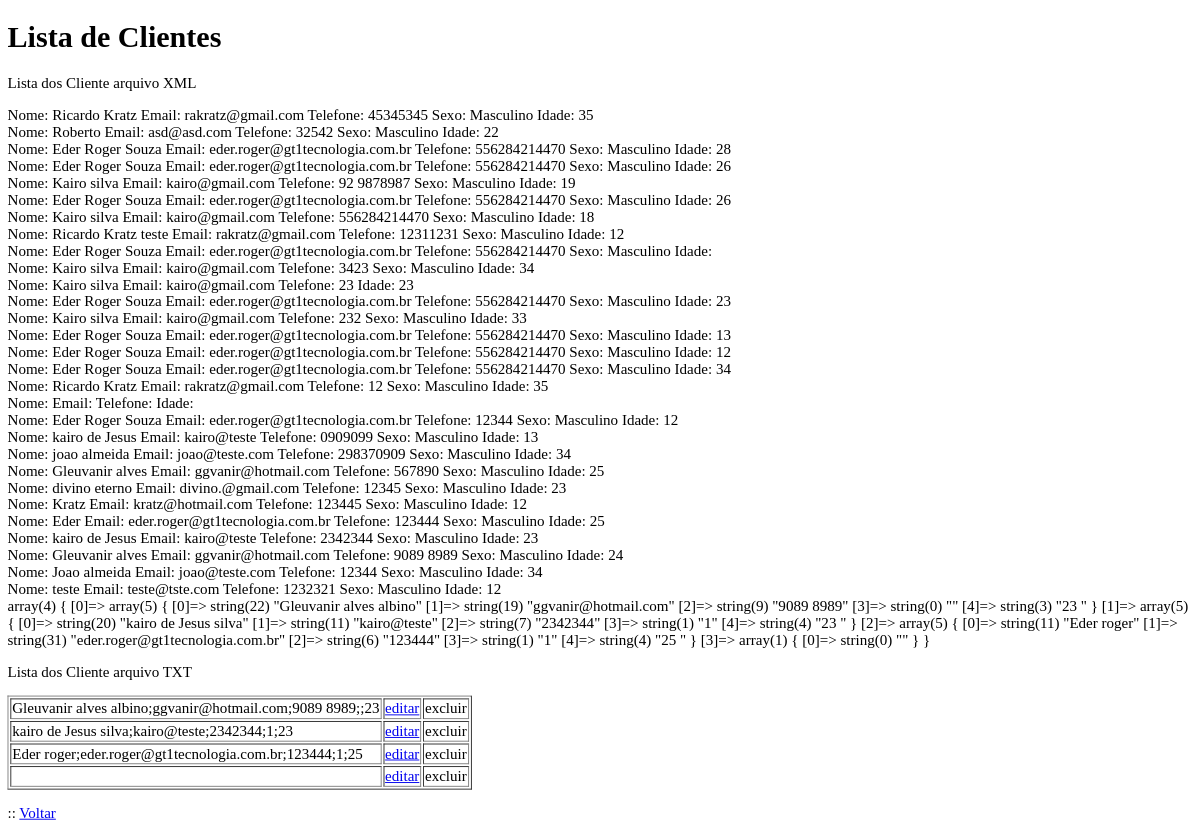
Repository: EderRoger/Faculdade
Page: http://localhost/listar.php
An editor plug-in stored every save of this project. The page is shown before and after the next save, followed by the edit.
The browser window is 1280 px wide. The pictures show the whole page, at 94% of full size.
The page is run by PHP 8.4 with error messages shown; the project is at /var/www/html/.

Above is the page before, as saved 2011-10-26 17:09:14.

### kratz/workspace/cadastro/listar.php
<?php
/* Arquivo: index.php
 * Descrição: Página principal de uma sistema de cadastro de cliente usando arquivo e classes
 * Versão: 1.0
 * Autor: Ricardo de Andrade Kratz
 */
?>
<!doctype html>
<html>
  <head>
    <meta charset="ISO-8859-1">
    <title>Sistema de Cadastro de Client</title>
  </head>
  <body>
	<h1>Lista de Clientes</h1>



	<table border="1">
<?php
		include 'XML.classe.php';

		$XMLLocal = new XMLArquivo("cliente.xml");

		echo "<p>Lista dos Cliente arquivo XML</p>";

		$XMLLocal->buscaXML();

		include 'arquivo.class.php';

		$arquivoCliente = new ARQUIVO();

		$arquivoCliente->setArquivo("cliente.txt");
		$arquivoCliente->setOperacao("r");

		//$arrayCliente =  explode(";",$arquivoCliente->listarTodos());

		$arrayCliente = $arquivoCliente->listarTodos();

		//var_dump($arrayCliente);
		for ($i=0;$i<sizeof($arrayCliente);$i++) {
			$dados[] =  explode(";",$arrayCliente[$i]);
			//echo  $dados;
		}

		var_dump($dados);
		echo "<p>Lista dos Cliente arquivo TXT</p>";


		for ($i=0;$i<sizeof($dados);$i++) {
	?>
	<tr>
	 <td>
		<?php   echo $arrayCliente[$i]; ?>
	 </td>
	 <td><a href="index.php?nome=<?=$arrayCliente[$i]; ?>&idade=<?=$arrayCliente[$i]; ?>&email=<?=$arrayCliente[$i]; ?>&telefone=<?=$arrayCliente[$i]; ?>"> editar</a></td>
	 <td>excluir</td>
	</tr>
	<?php
		}
	?>

	</table>
	<p>:: <a href="index.php"> Voltar</a></p>
  </body>
</html>

### kratz/workspace/cadastro/XML.classe.php
<?php
// Criar minha classe XML com SimpleXML
// Criar ou abrir um arquivo XML
// Buascar dados de um arquivo XML
// Gravar dados em um arquivo XML

class XMLArquivo{
	   private $_xml; // Ponteiro ou objeto para o arquivo físico já existente
   	   private $_xmlNovo; // Ponteiro para o arquivo lógico (objeto XML) novo
       private $_arquivo;	// Caminho ou path com o arquivo para ser aberto

       //Construtor e vamos abrir o arquivo XML
       public function __construct($arq){
       	// recebi o arquivo que será aberto
       	$this->_arquivo = $arq;
       	if( file_exists($arq) ) {
	      $this->_xml = simplexml_load_file($arq);
	   } else {
	   	// Criar uma novo arquivo com o nome vindo de $arq
	   	$this->_xmlNovo = new SimpleXMLElement('<?xml version="1.0" ?><cadastro />');
			// Criando um arquivo XML
			file_put_contents($arq, $this->_xmlNovo->asXML());
			// Ponteiro para o arquivo físico já existente
			$this->_xml = simplexml_load_file($arq);
	   }
   }
   public function adicionaCliente($nome, $email, $telefone, $sexo, $idade){
   	$cliente = $this->_xml->addChild('cliente');
   	$cliente->addChild('nome', $nome);
   	$cliente->addChild('email', $email);
   	$cliente->addChild('telefone', $telefone);
    $cliente->addChild('sexo', $sexo);
    $cliente->addChild('idade', $idade);
    file_put_contents($this->_arquivo , $this->_xml->asXML());
   }

    function buscaXML()
    {
		foreach($this->_xml->cliente as $cliente) // $cliente = $this->_xml->cliente;
		{
 			echo "Nome: ".$cliente->nome;
 			echo " Email: ".$cliente->email;
 			echo " Telefone: ".$cliente->telefone;
 			if ($cliente->sexo == "1")
 				echo " Sexo: Masculino";
 			if ($cliente->sexo == "2")
 				echo " Sexo: Feminino";
 			echo " Idade: ".$cliente->idade;
 			echo "<br>";
		}
    }
}

?>

### kratz/workspace/cadastro/cliente.xml
<?xml version="1.0"?>
<cadastro>
	<cliente>
		<nome>Ricardo Kratz</nome>
		<email>rakratz@gmail.com</email>
		<telefone>45345345</telefone>
		<sexo>1</sexo>
		<idade>35</idade>
	</cliente>
	<cliente>
		<nome>Roberto</nome>
		<email>asd@asd.com</email>
		<telefone>32542</telefone>
		<sexo>1</sexo>
		<idade>22</idade>
	</cliente>
<cliente><nome>Eder Roger Souza</nome><email>eder.roger@gt1tecnologia.com.br</email><telefone>556284214470</telefone><sexo>1</sexo><idade>28</idade></cliente><cliente><nome>Eder Roger Souza</nome><email>eder.roger@gt1tecnologia.com.br</email><telefone>556284214470</telefone><sexo>1</sexo><idade>26</idade></cliente><cliente><nome>Kairo silva</nome><email>kairo@gmail.com</email><telefone>92 9878987</telefone><sexo>1</sexo><idade>19</idade></cliente><cliente><nome>Eder Roger Souza</nome><email>eder.roger@gt1tecnologia.com.br</email><telefone>556284214470</telefone><sexo>1</sexo><idade>26</idade></cliente><cliente><nome>Kairo silva</nome><email>kairo@gmail.com</email><telefone>556284214470</telefone><sexo>1</sexo><idade>18</idade></cliente><cliente><nome>Ricardo Kratz teste</nome><email>rakratz@gmail.com</email><telefone>12311231</telefone><sexo>1</sexo><idade>12</idade></cliente><cliente><nome>Eder Roger Souza</nome><email>eder.roger@gt1tecnologia.com.br</email><telefone>556284214470</telefone><sexo>1</sexo><idade/></cliente><cliente><nome>Kairo silva</nome><email>kairo@gmail.com</email><telefone>3423</telefone><sexo>1</sexo><idade>34</idade></cliente><cliente><nome>Kairo silva</nome><email>kairo@gmail.com</email><telefone>23</telefone><sexo/><idade>23</idade></cliente><cliente><nome>Eder Roger Souza</nome><email>eder.roger@gt1tecnologia.com.br</email><telefone>556284214470</telefone><sexo>1</sexo><idade>23</idade></cliente><cliente><nome>Kairo silva</nome><email>kairo@gmail.com</email><telefone>232</telefone><sexo>1</sexo><idade>33</idade></cliente><cliente><nome>Eder Roger Souza</nome><email>eder.roger@gt1tecnologia.com.br</email><telefone>556284214470</telefone><sexo>1</sexo><idade>13</idade></cliente><cliente><nome>Eder Roger Souza</nome><email>eder.roger@gt1tecnologia.com.br</email><telefone>556284214470</telefone><sexo>1</sexo><idade>12</idade></cliente><cliente><nome>Eder Roger Souza</nome><email>eder.roger@gt1tecnologia.com.br</email><telefone>556284214470</telefone><sexo>1</sexo><idade>34</idade></cliente><cliente><nome>Ricardo Kratz</nome><email>rakratz@gmail.com</email><telefone>12</telefone><sexo>1</sexo><idade>35</idade></cliente><cliente><nome/><email/><telefone/><sexo/><idade/></cliente><cliente><nome>Eder Roger Souza</nome><email>eder.roger@gt1tecnologia.com.br</email><telefone>12344</telefone><sexo>1</sexo><idade>12</idade></cliente><cliente><nome>kairo de Jesus</nome><email>kairo@teste</email><telefone>0909099</telefone><sexo>1</sexo><idade>13</idade></cliente><cliente><nome>joao almeida</nome><email>joao@teste.com</email><telefone>298370909</telefone><sexo>1</sexo><idade>34</idade></cliente><cliente><nome>Gleuvanir alves</nome><email>ggvanir@hotmail.com</email><telefone>567890</telefone><sexo>1</sexo><idade>25</idade></cliente><cliente><nome>divino eterno</nome><email>divino.@gmail.com</email><telefone>12345</telefone><sexo>1</sexo><idade>23</idade></cliente><cliente><nome>Kratz</nome><email>kratz@hotmail.com</email><telefone>123445</telefone><sexo>1</sexo><idade>12</idade></cliente><cliente><nome>Eder</nome><email>eder.roger@gt1tecnologia.com.br</email><telefone>123444</telefone><sexo>1</sexo><idade>25</idade></cliente><cliente><nome>kairo de Jesus</nome><email>kairo@teste</email><telefone>2342344</telefone><sexo>1</sexo><idade>23</idade></cliente><cliente><nome>Gleuvanir alves</nome><email>ggvanir@hotmail.com</email><telefone>9089 8989</telefone><sexo>1</sexo><idade>24</idade></cliente><cliente><nome>Joao almeida</nome><email>joao@teste.com</email><telefone>12344</telefone><sexo>1</sexo><idade>34</idade></cliente><cliente><nome>teste</nome><email>teste@tste.com</email><telefone>1232321</telefone><sexo>1</sexo><idade>12</idade></cliente></cadastro>

### kratz/workspace/cadastro/arquivo.class.php
<?php
class ARQUIVO {
	private $_arquivo;
	private $_operacao;
	private $_linha;
	private $_conteudo;
	private $lines;
	/**
	 * @return the $_arquivo
	 */
	public function getArquivo() {
		return $this->_arquivo;
	}

	/**
	 * @return the $_operacao
	 */
	public function getOperacao() {
		return $this->_operacao;
	}

	/**
	 * @param field_type $_arquivo
	 */
	public function setArquivo($_arquivo) {
		$this->_arquivo = $_arquivo;
	}

	/**
	 * @param field_type $_operacao
	 */
	public function setOperacao($_operacao) {
		$this->_operacao = $_operacao;
	}

	public function gravar($conteudo) {
		//TENTA ABRIR O ARQUIVO TXT
		$abrir = fopen($this->_arquivo, "$this->_operacao");
		fwrite($abrir, $conteudo);
		fclose($abrir);
		return "Arquivo gravado com Sucesso !!";
	}

public function listarTodos() {

		$ponteiro = fopen ($this->_arquivo, "$this->_operacao");
		while (!feof ($ponteiro)) {
		  //LÊ UMA LINHA DO ARQUIVO
		  $this->_linha = fgets($ponteiro, 4096);
		  //IMPRIME NA TELA O RESULTADO
		  $this->lines[] =  $this->_linha;

		  //$this->_conteudo .= $this->_linha."<br>";
		}//FECHA WHILE
		fclose ($ponteiro);
		return $this->lines;
		//return $this->_conteudo;
		//FECHA O PONTEIRO DO ARQUIVO
	}





}
?>

### kratz/workspace/cadastro/cliente.txt
Gleuvanir alves albino;ggvanir@hotmail.com;9089 8989;;23
kairo de Jesus silva;kairo@teste;2342344;1;23
Eder  roger;eder.roger@gt1tecnologia.com.br;123444;1;25

After the next save:
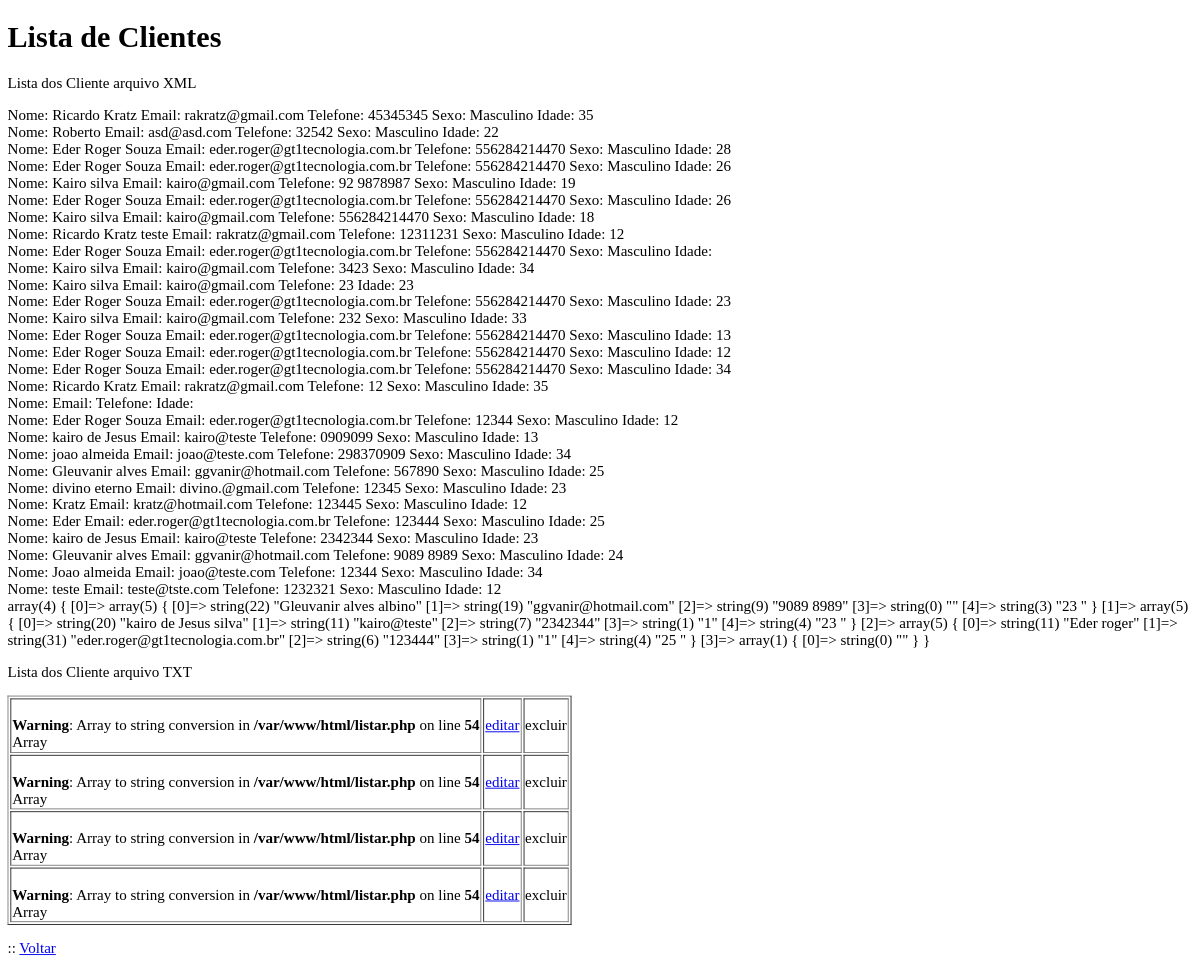
Saved 35 s later.
--- a/kratz/workspace/cadastro/listar.php
+++ b/kratz/workspace/cadastro/listar.php
@@ -51,7 +51,7 @@
 	?>
 	<tr>
 	 <td>
-		<?php   echo $arrayCliente[$i]; ?>
+		<?php   echo $dados[$i]; ?>
 	 </td>
 	 <td><a href="index.php?nome=<?=$arrayCliente[$i]; ?>&idade=<?=$arrayCliente[$i]; ?>&email=<?=$arrayCliente[$i]; ?>&telefone=<?=$arrayCliente[$i]; ?>"> editar</a></td>
 	 <td>excluir</td>
